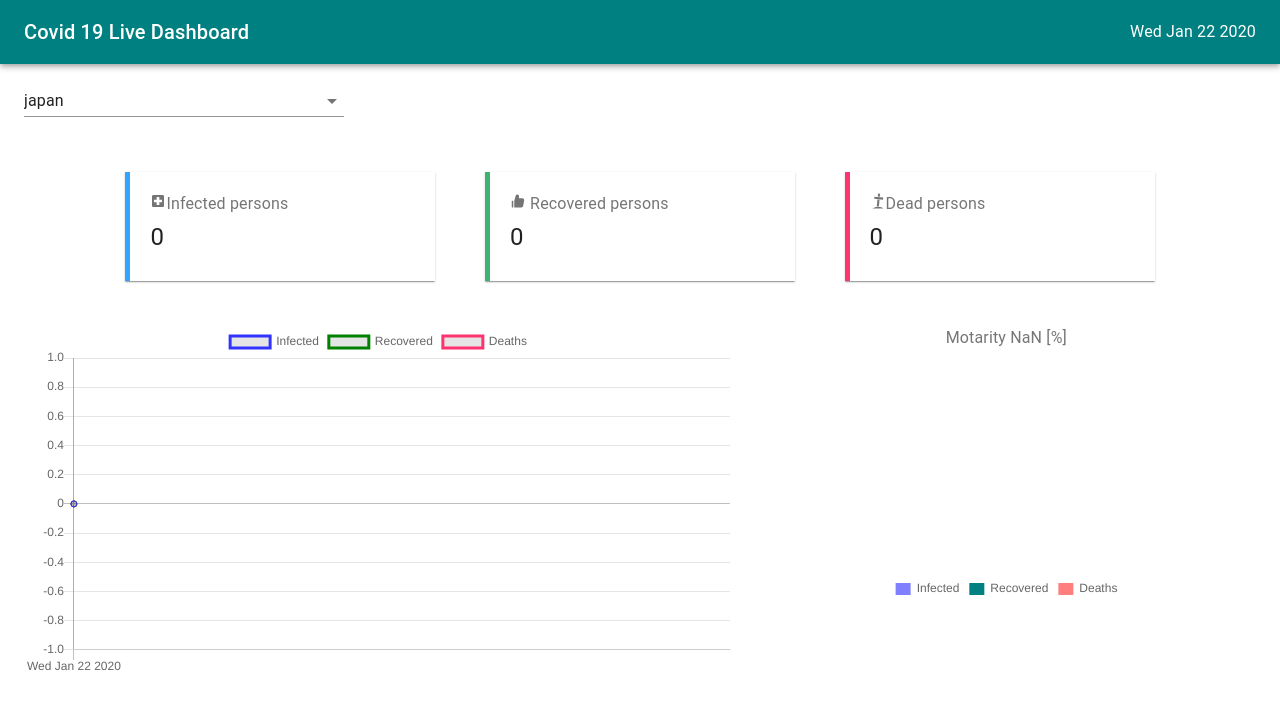
Repository: ShunsukeTanizaki/covid_dashboard
Page: /
The author's editor kept a copy of each file at every save. The page is drawn from the files as they stood at one save, then again after the next save.
The browser window is 1280 px wide. The pictures show the whole page.
The page's requests for data from a server got no answer. The project was rebuilt for these pictures with package versions that can differ from the ones it lists, and the page was loaded fresh each time. No one was signed in, and anything a server would have sent is missing. Also part of the build but not shown: src/App.css, src/features/covid/DashBoard/DashBoard.module.css.

Above is the page before, as saved 2021-02-11 00:57:56.

### src/index.css
body {
    margin: 0;
    /* background-color: rgb(211, 211, 211); */
    font-family: -apple-system, BlinkMacSystemFont, 'Segoe UI', 'Roboto', 'Oxygen',
        'Ubuntu', 'Cantarell', 'Fira Sans', 'Droid Sans', 'Helvetica Neue',
        sans-serif;
    -webkit-font-smoothing: antialiased;
    -moz-osx-font-smoothing: grayscale;
}

code {
    font-family: source-code-pro, Menlo, Monaco, Consolas, 'Courier New',
        monospace;
}

### src/App.tsx
import React from 'react';
import './App.css';
import DashBoard from './features/covid/DashBoard/DashBoard';


function App() {
    return <DashBoard />
}

export default App;

### src/app/store.ts
import { configureStore, ThunkAction, Action } from '@reduxjs/toolkit';
import covidReducer from '../features/covid/covidSlice';

export const store = configureStore({
    reducer: {
        covid: covidReducer,
    },
});

export type RootState = ReturnType<typeof store.getState>;
export type AppThunk<ReturnType = void> = ThunkAction<
    ReturnType,
    RootState,
    unknown,
    Action<string>
>;

### src/features/covid/DashBoard/DashBoard.tsx
import React, { useEffect } from "react";

import {
    makeStyles,
    createMuiTheme,
    MuiThemeProvider,
} from "@material-ui/core/styles";
import {
    AppBar,
    Toolbar,
    Typography,
    Container,
    Grid,
} from "@material-ui/core";
import styles from "./DashBoard.module.css";

import { useSelector } from "react-redux";
import { useDispatch } from "react-redux";

import { selectDaily, fetchAsyncGetDaily } from "../covidSlice";
import SwitchCountry from "../SwitchCountry/SwitchCountry";
import Cards from "../Cards/Cards";
import Chart from "../Chart/Chart";
import PieChart from "../PieChart/PieChart";
const theme = createMuiTheme({
    palette: {
        secondary: {
            main: "#008080",
        },
    },
});
const useStyles = makeStyles((theme) => ({
    title: {
            flexGrow: 1,
    },
        content: {
            marginTop: 85,
    },
}));

const DashBoard: React.FC = () => {
    const classes = useStyles();
    const dispatch = useDispatch();
    const daily = useSelector(selectDaily);

    useEffect(() => {
        dispatch(fetchAsyncGetDaily("japan"));
    }, [dispatch]);

    return (
        <MuiThemeProvider theme={theme}>
            <div>
                <AppBar color="secondary" position="absolute">
                    <Toolbar>
                        <Typography variant="h6" className={classes.title}>
                            Covid 19 Live Dashboard
                        </Typography>
                        <div>
                            <Typography variant="body1">
                                {new Date(daily[daily.length - 1].Date).toDateString()}
                            </Typography>
                        </div>
                    </Toolbar>
                </AppBar>

                <Container className={classes.content}>
                    <div className={styles.container}>
                        <SwitchCountry />
                    </div>
                    <Grid container spacing={3}>
                        <Grid item xs={12} md={12}>
                            <Cards />
                        </Grid>
                        <Grid item xs={12} md={7}>
                            <Chart />
                        </Grid>
                        <Grid item xs={12} md={5}>
                            <PieChart />
                        </Grid>
                    </Grid>
                </Container>
            </div>
        </MuiThemeProvider>
    );
};

export default DashBoard;

### src/features/covid/covidSlice.ts
import { createSlice, createAsyncThunk } from "@reduxjs/toolkit";
import axios from "axios";
import { RootState } from "../../app/store";
import dataDaily from "./apiDataDaily.json";
const apiUrl = "https://api.covid19api.com/total/country";

type DATADAILY = typeof dataDaily;

type covidState = {
    daily: DATADAILY;
    country: string;
};

const initialState: covidState = {
    daily: dataDaily,
    country: "Japan",
};

export const fetchAsyncGetDaily = createAsyncThunk(
    "covid/getDaily",
    async (country: string) => {
            const { data } = await axios.get<DATADAILY>(`${apiUrl}/${country}`);
            return { data: data, country: country };
    }
);

const covidSlice = createSlice({
    name: "covid",
    initialState: initialState,
    reducers: {},
    extraReducers: (builder) => {
        builder.addCase(fetchAsyncGetDaily.fulfilled, (state, action) => {
        return {
                ...state,
                daily: action.payload.data,
                country: action.payload.country,
            };
        });
    },
});

export const selectDaily = (state: RootState) => state.covid.daily;
export const selectCountry = (state: RootState) => state.covid.country;

export default covidSlice.reducer;

### src/features/covid/SwitchCountry/SwitchCountry.tsx
import React from 'react'
import { makeStyles } from '@material-ui/core/styles';
import { NativeSelect, FormControl } from '@material-ui/core';
import { useDispatch } from 'react-redux';
import { fetchAsyncGetDaily } from '../covidSlice';


const useStyles = makeStyles((theme) => ({
    formControl: {
        marginBottom: theme.spacing(3),
        minWidth: 320
    }
}))

const SwitchCountry: React.FC = () => {
    const classes = useStyles();
    const dispatch = useDispatch();

    const countries = [
        "japan",
        "china",
        "us",
        "france",
        "italy",
        "spain",
        "united kingdom",
        "germany",
        "russia",
        "brazil",
        "taiwan",
        "thailand",
        "new zealand",
        "sweden",
        "india"
    ];

    return (
        <FormControl className={classes.formControl}>
            <NativeSelect
                onChange={(e: React.ChangeEvent<HTMLSelectElement>) =>
                    dispatch(fetchAsyncGetDaily(e.target.value))
                }
            >
                {/* <option value="">Worldwide</option> */}
                {countries.map((country, i) => (
                    <option key={i} value={country}>
                        {country}
                    </option>
                ))}
            </NativeSelect>
        </FormControl>
    )
}

export default SwitchCountry;

### src/features/covid/Cards/Cards.tsx
import React from "react";
import styles from "./Cards.module.css";
import CountUp from "react-countup";
import { Card, CardContent, Typography, Grid } from "@material-ui/core";

import { GiHastyGrave } from "react-icons/gi";
import { MdLocalHospital } from "react-icons/md";
import { AiFillLike } from "react-icons/ai";

import { useSelector } from "react-redux";
import { selectDaily } from "../covidSlice";

const Cards: React.FC = () => {
    const daily = useSelector(selectDaily);
    return (
        <div className={styles.container}>
            <Grid container spacing={1} justify="center">
                <Grid item xs={12} md={3} component={Card} className={styles.infected}>
                    <CardContent>
                        <Typography color="textSecondary" gutterBottom>
                            <MdLocalHospital />
                            Infected persons
                            </Typography>
                        <Typography variant="h5">
                            <CountUp
                                start={0}
                                end={daily[daily.length - 1].Confirmed}
                                duration={1.5}
                                separator=","
                            />
                        </Typography>
                    </CardContent>
                </Grid>
                <Grid item xs={12} md={3} component={Card} className={styles.recovered}>
                    <CardContent>
                        <Typography color="textSecondary" gutterBottom>
                            <AiFillLike /> Recovered persons
                        </Typography>
                        <Typography variant="h5">
                            <CountUp
                                start={0}
                                end={daily[daily.length - 1].Recovered}
                                duration={1.5}
                                separator=","
                            />
                        </Typography>
                    </CardContent>
                </Grid>
                <Grid item xs={12} md={3} component={Card} className={styles.deaths}>
                    <CardContent>
                        <Typography color="textSecondary" gutterBottom>
                            <GiHastyGrave />
                            Dead persons
                        </Typography>
                        <Typography variant="h5">
                            <CountUp
                                start={0}
                                end={daily[daily.length - 1].Deaths}
                                duration={1.5}
                                separator=","
                            />
                        </Typography>
                    </CardContent>
                </Grid>
            </Grid>
        </div>
    );
};

export default Cards;

### src/features/covid/Chart/Chart.tsx
import React from "react";
import styles from "./Chart.module.css";
import { Line } from "react-chartjs-2";

import { useSelector } from "react-redux";
import { selectDaily } from "../covidSlice";

const Chart: React.FC = () => {
    const daily = useSelector(selectDaily);
    const dates = daily.map(({ Date }) => Date);

    const lineChart = daily[0] && (
        <Line
        data={{
            labels: dates.map((date) => new Date(date).toDateString()),

            datasets: [
                {
                    data: daily.map((data) => data.Confirmed),
                    label: "Infected",
                    borderColor: "#3333ff",
                    showLine: false,
                },
                {
                    data: daily.map((data) => data.Recovered),
                    label: "Recovered",
                    borderColor: "green",
                    showLine: false,
                },
                {
                    data: daily.map((data) => data.Deaths),
                    label: "Deaths",
                    borderColor: "#ff3370",
                    showLine: false,
                },
            ],
        }}
        />
    );

    return <div className={styles.container}>{lineChart}</div>;
};

export default Chart;

### src/features/covid/PieChart/PieChart.tsx
import React from "react";
import { Typography } from "@material-ui/core";
import { Doughnut } from "react-chartjs-2";

import { useSelector } from "react-redux";
import { selectDaily } from "../covidSlice";

const PieChart: React.FC = () => {
    const daily = useSelector(selectDaily);

    const motality =
        (100 * daily[daily.length - 1].Deaths) / daily[daily.length - 1].Confirmed;

    const pieChart = daily[0] && (
        <Doughnut
        data={{
                labels: ["Infected", "Recovered", "Deaths"],
                datasets: [
                    {
                        data: [
                            daily[daily.length - 1].Confirmed,
                            daily[daily.length - 1].Recovered,
                            daily[daily.length - 1].Deaths,
                        ],
                        backgroundColor: [
                            "rgba(0, 0, 255, 0.5)",
                            "#008080",
                            "rgba(255, 0, 0, 0.5)",
                        ],
                        hoverBackgroundColor: ["#36A2EB", "#3cb371", "#FF6384"],
                        borderColor: ["transparent", "transparent", "transparent"],
                    },
                ],
            }}
            options={{
                legend: {
                    position: "bottom",
                    labels: {
                        boxWidth: 15,
                    },
                },
            }}
        />
    );

    return (
        <>
        <Typography align="center" color="textSecondary" gutterBottom>
            Motarity {motality.toFixed(2)} [%]
        </Typography>
        {pieChart}
        </>
    );
};

export default PieChart;

### src/features/covid/apiDataDaily.json

[
    {
        "Country": "Japan",
        "CountryCode": "",
        "Province": "",
        "City": "",
        "CityCode": "",
        "Lat": "0",
        "Lon": "0",
        "Confirmed": 0,
        "Deaths": 0,
        "Recovered": 0,
        "Active": 0,
        "Date": "2020-01-22T00:00:00Z"
    }
]

### src/features/covid/Cards/Cards.module.css
.container {
    display: flex;
    flex-direction: column;
    align-items: center;
    margin-top: 10px;
}

.infected {
    border-left: 5px solid #33a3ff;
    border-radius: 0% !important;
    margin: 2% 2% !important;
}

.recovered {
    border-left: 5px solid #3cb371;
    border-radius: 0% !important;
    margin: 2% 2% !important;
}

.deaths {
    border-left: 5px solid #ff3370;
    border-radius: 0% !important;
    margin: 2% 2% !important;
}

### src/features/covid/Chart/Chart.module.css
.container {
    display: flex;
    justify-content: center;
    flex-direction: column;
    align-items: center;
}

Loaded but not shown: public/index.html (common file); src/index.tsx (common file); src/serviceWorker.ts (common file)

After the next save:
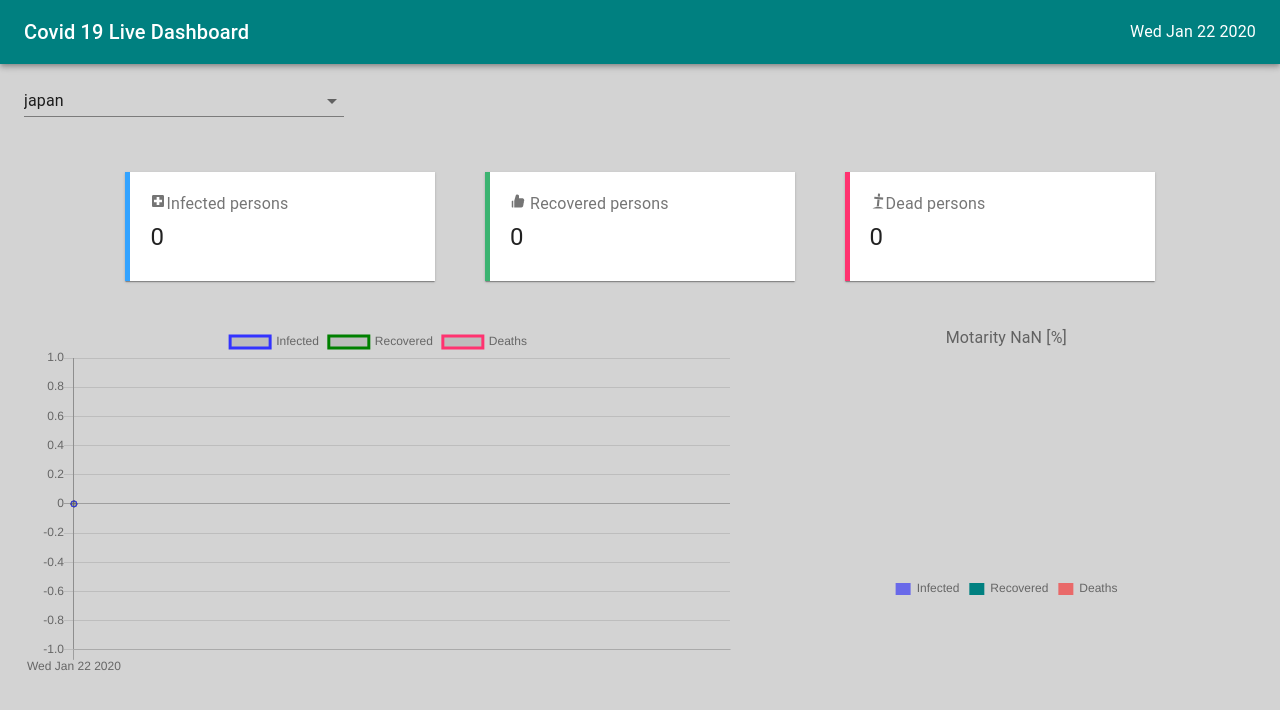
Saved 25 min 25 s later.
--- a/src/index.css
+++ b/src/index.css
@@ -1,6 +1,6 @@
 body {
     margin: 0;
-    /* background-color: rgb(211, 211, 211); */
+    background-color: rgb(211, 211, 211);
     font-family: -apple-system, BlinkMacSystemFont, 'Segoe UI', 'Roboto', 'Oxygen',
         'Ubuntu', 'Cantarell', 'Fira Sans', 'Droid Sans', 'Helvetica Neue',
         sans-serif;
